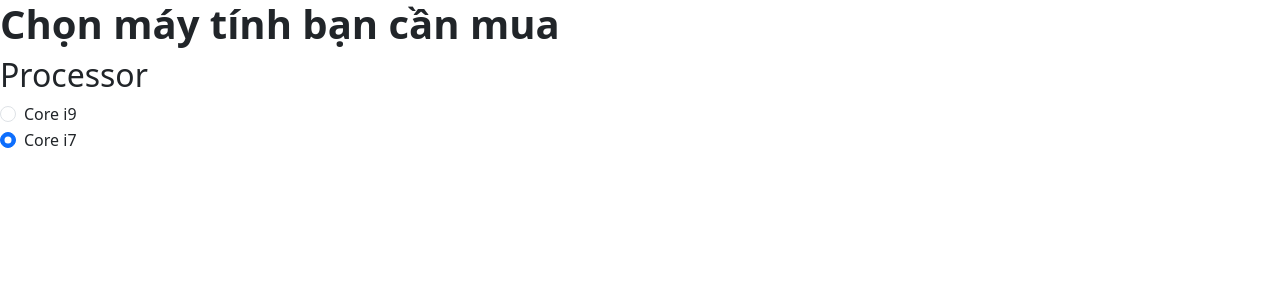
Repository: wuubangdev/bookstore-servlet-jsp
Page: http://localhost/Bai20_JSPCoban_TrangMuaHang/muaMayTinh.jsp
These files come from the project's save history. The page is drawn as it stood at one moment and after the next save; the edit follows.
The browser window is 1280 px wide. The pictures show the whole page.
The page is served by Tomcat 9.

Above is the page before, as saved 2024-03-19 02:44:32.

After the next save:
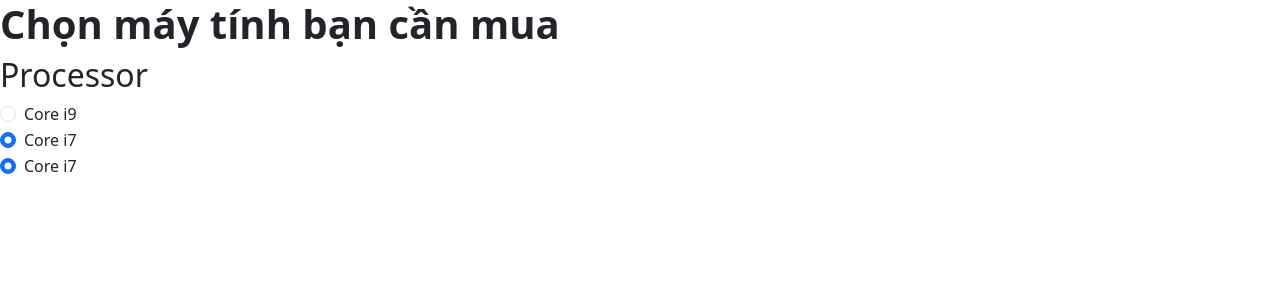
Saved 13 s later.
--- a/Bai20_JSPCoban_TrangMuaHang/src/main/webapp/muaMayTinh.jsp
+++ b/Bai20_JSPCoban_TrangMuaHang/src/main/webapp/muaMayTinh.jsp
@@ -24,6 +24,12 @@
 		   Core i7
 		  </label>
 		</div>
+		<div class="form-check">
+		  <input class="form-check-input" type="radio" name="corei3" id="corei3" checked>
+		  <label class="form-check-label" for="corei3">
+		   Core i7
+		  </label>
+		</div>
 	</form>
 </body>
 </html>
